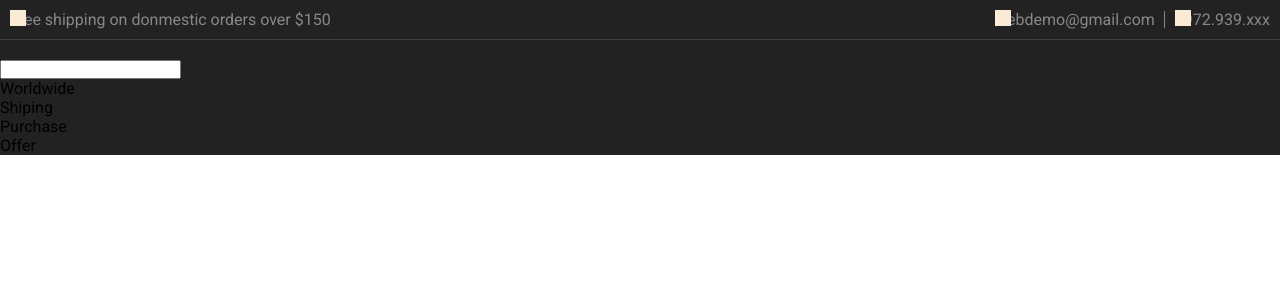
Repository: ldminh95/demo01
Page: index.html
The author's editor kept a copy of each file at every save. The page is drawn from the files as they stood at one save, then again after the next save.
The browser window is 1280 px wide. The pictures show the whole page.

Above is the page before, as saved 2023-09-09 16:09:01.

After the next save:
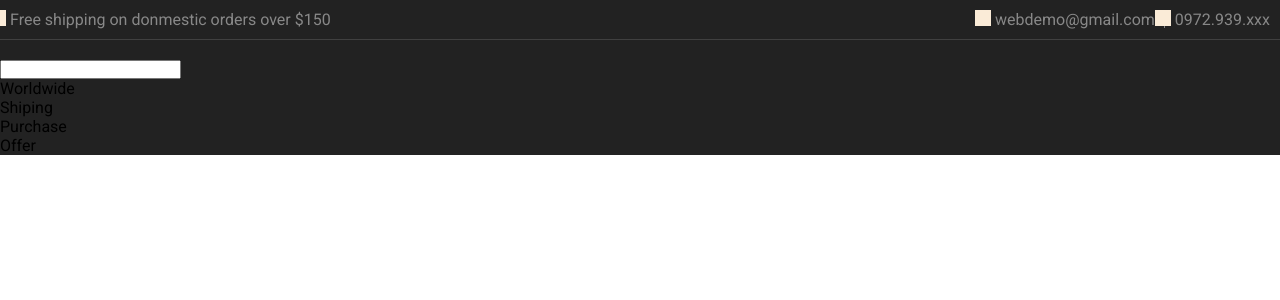
Saved 10 s later.
--- a/style.css
+++ b/style.css
@@ -40,7 +40,7 @@ header {
     position: absolute;
     top: 0;
     bottom: 0;
-    left: 0;
+    left: -20px;
     width: 16px;
     height: 16px;
     background-color: antiquewhite;
